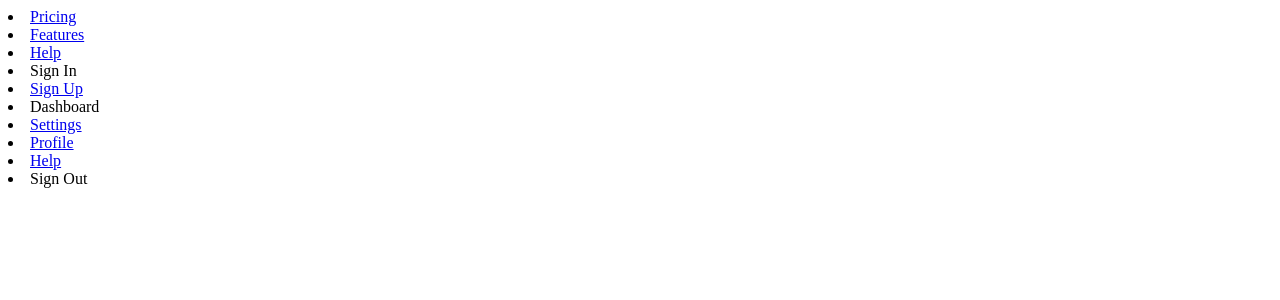
Repository: terameta/com.luckynode.cloud
Page: client/partials/r/guest/welcomeMenu.html
The author's editor kept a record of every edit. The page is drawn from the files as they stood at one moment, then again after the next edit.
The browser window is 1280 px wide. The pictures show the whole page.

Above is the page before.

### client/partials/r/guest/welcomeMenu.html
<li><a href="#pricing">Pricing</a></li>
<li><a href="#features">Features</a></li>
<li><a href="#help">Help</a></li>
<li><a ui-sref="r.dashboard">Sign In</a></li>
<li><a href="#signup">Sign Up</a></li>


<li><a ui-sref="r.dashboard"><i class="fa fa-dashboard fa-fw"></i> Dashboard</a></li>
<li><a href="#"><i class="fa fa-cogs fa-fw"></i> Settings</a></li>
<li><a href="#"><i class="fa fa-user fa-fw"></i> Profile</a></li>
<li><a href="#"><i class="fa fa-medkit fa-fw"></i> Help</a></li>
<li><a ui-sref="r.signout"><i class="fa fa-sign-out fa-fw"></i> Sign Out</a></li>

After the next edit:
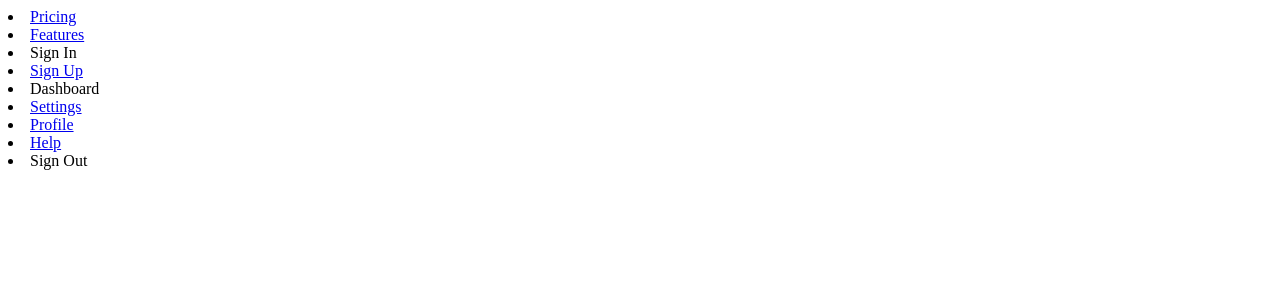
The edit:
--- a/client/partials/r/guest/welcomeMenu.html
+++ b/client/partials/r/guest/welcomeMenu.html
@@ -1,8 +1,7 @@
-<li><a href="#pricing">Pricing</a></li>
+<li><a href="#pricing"><i class="fa fa-usd fa-fw"></i> Pricing</a></li>
 <li><a href="#features">Features</a></li>
-<li><a href="#help">Help</a></li>
-<li><a ui-sref="r.dashboard">Sign In</a></li>
-<li><a href="#signup">Sign Up</a></li>
+<li><a ui-sref="r.dashboard"><i class="fa fa-sign-in fa-fw"></i> Sign In</a></li>
+<li><a href="#signup"><i class="fa fa-user-plus fa-fw"></i> Sign Up</a></li>
 
 
 <li><a ui-sref="r.dashboard"><i class="fa fa-dashboard fa-fw"></i> Dashboard</a></li>
